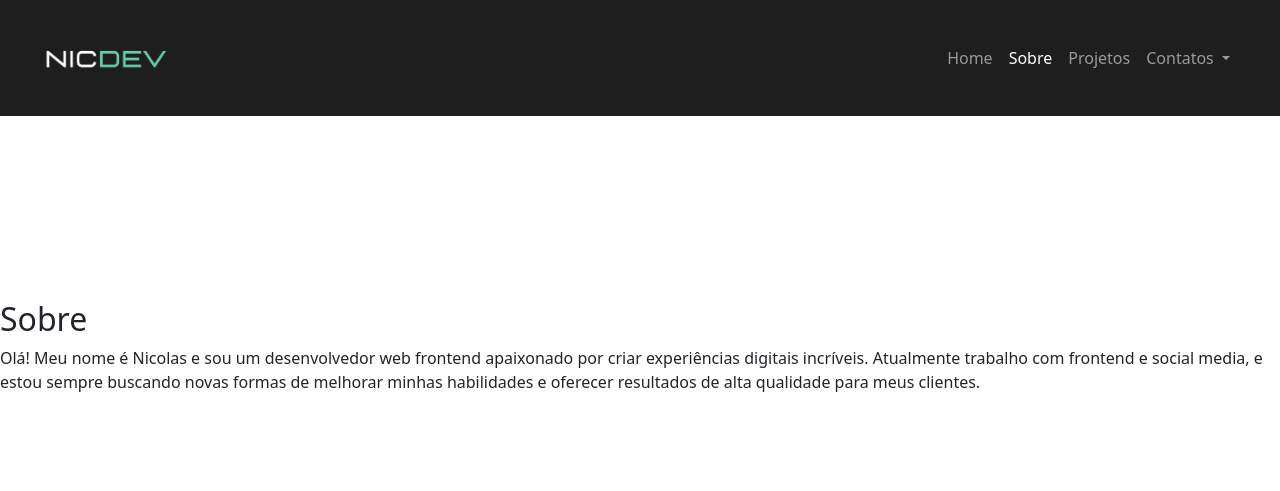
Repository: Leonngc/nicdev
Page: about.html
An editor plug-in stored every save of this project. The page is shown before and after the next save, followed by the edit.
The browser window is 1280 px wide. The pictures show the whole page.

Above is the page before, as saved 2023-04-15 13:38:07.

After the next save:
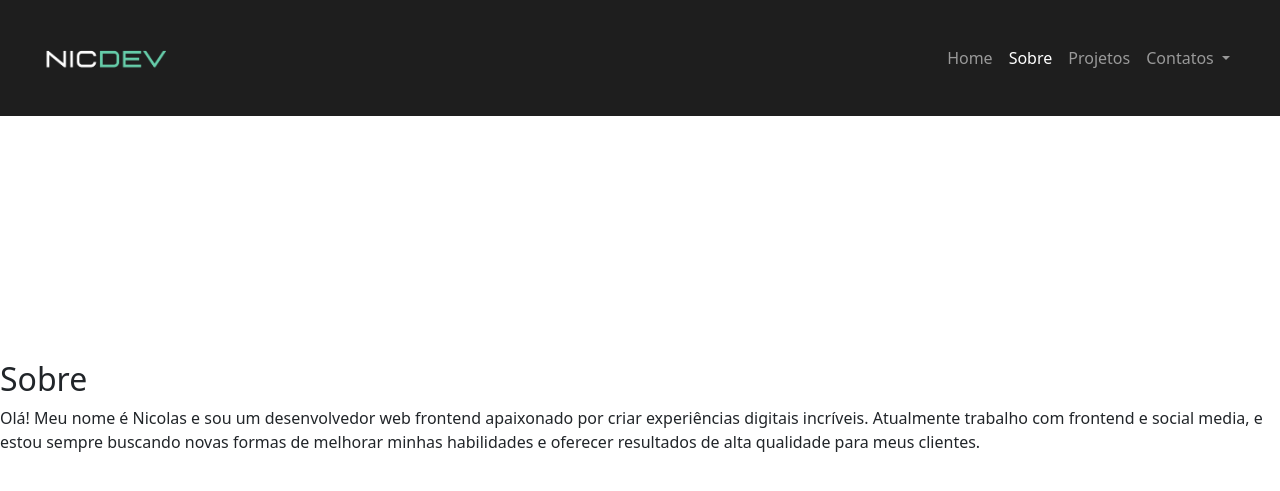
Saved 8 s later.
--- a/styles/about.css
+++ b/styles/about.css
@@ -18,6 +18,6 @@ main{
 }
 
 .background{
-    margin-top: 300px;
+    margin-top: 360px;
     background-color: red;
 }
